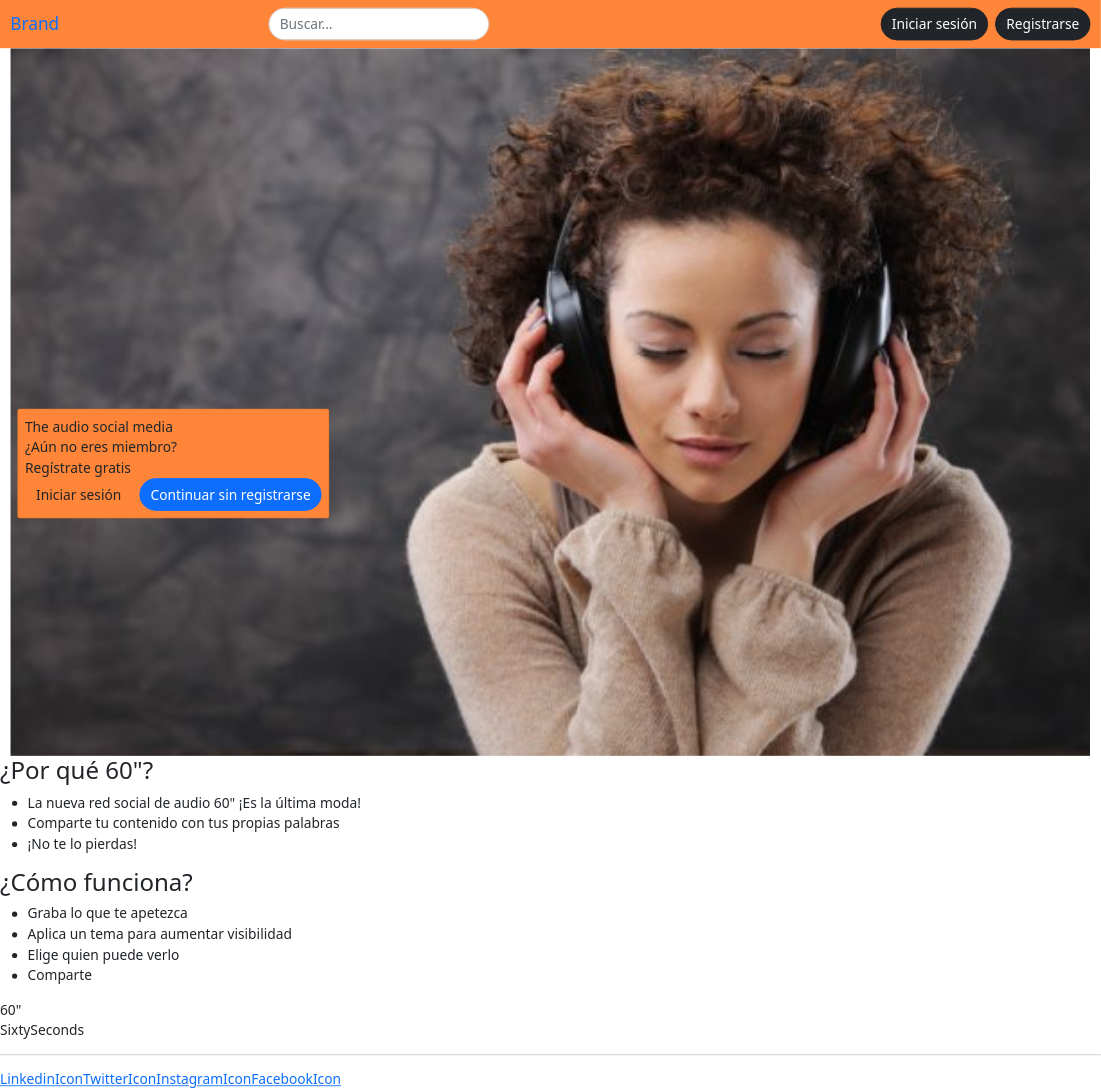
Repository: Zapulin/react-sixtySeconds-front
Page: /
An editor plug-in stored every save of this project. The page is shown before and after a run of saves, followed by the edit.
The browser window is 1280 px wide. The pictures show the whole page, at 86% of full size.
The project was rebuilt for these pictures with package versions that can differ from the ones it lists, and the page was loaded fresh each time. Also part of the build but not shown: src/Components/Login.js, src/Components/Signup.js, src/Components/Publish.js, src/Components/Activity.js, src/Components/Navbar.js, src/Components/Categories.js, src/Components/IconProfile.js, src/Components/Recorder.js and 10 more. Imported but missing from the stored project, and not drawn on this page: src/Samples/AUDIOMP3.mp3, src/Samples/AUDIOOGG.ogg.

Above is the page before, as saved 2022-04-13 15:00:02.

### src/index.js
import React from 'react';
import ReactDOM from 'react-dom';
import App from './App';
import './index.css';
import 'bootstrap/dist/css/bootstrap.min.css';

ReactDOM.render(
  <React.StrictMode>
    <App />
  </React.StrictMode>,
  document.getElementById('root')
);

### src/App.js
import { BrowserRouter, Routes, Route } from 'react-router-dom';

//Pages
import Home from './Pages/Home';
import Feed from './Pages/Feed';
import User from './Pages/Profile';
import NotFound from './Pages/NotFound';

function App() {
  return (
    <BrowserRouter>
      <Routes>
        <Route path='/' element={<Home/>} />
        <Route path='/feed' element={<Feed/>} />
        <Route path='/profile/:id' element={<User/>} />
        <Route path='*' element={<NotFound/>} />
      </Routes>
    </BrowserRouter>
  );
}

export default App;

### src/Pages/Home.js
import top_image from "../Resources/images/top_image.svg";
import "../stylesheets/NavbarHome.css";

//Components
import Footer from '../Components/Footer'
import NavbarHome from '../Components/NavbarHome'

function Home() {

  return (
    <>
    <NavbarHome/>
      <div className="container-fluid">
          <div className="position-relative">
            <img className="img-fluid" src={top_image} alt="" />
            <div className="card rounded m-2 p-2 position-absolute top-50" style={{background:'#FF8638'}}>
                 <span> The audio social media </span>
                 <span> ¿Aún no eres miembro? </span>
                 <span> Regístrate gratis </span>
                <div className="d-flex justify-content-between">
                    <button className="btn rounded-pill"> Iniciar sesión</button>
                    <button className="btn btn-primary ms-2 rounded-pill"> Continuar sin registrarse </button>
                </div>
            </div>
        </div>
      </div>
      <div>
        <div>
            <h3>¿Por qué 60"?</h3>
            <ul>
                <li><span>La nueva red social de audio 60" ¡Es la última moda!</span></li>
                <li><span>Comparte tu contenido con tus propias palabras</span></li>
                <li><span>¡No te lo pierdas!</span></li>
            </ul>
        </div>
        <div>
            <h3>¿Cómo funciona?</h3>
            <ul>
                <li><span>Graba lo que te apetezca</span></li>
                <li><span>Aplica un tema para aumentar visibilidad</span></li>
                <li><span>Elige quien puede verlo</span></li>
                <li><span>Comparte</span></li>
            </ul>
        </div>
      </div>
      <Footer/>
    </>
  );
}

export default Home;

### src/stylesheets/NavbarHome.css
.bd-placeholder-img {
    font-size: 1.125rem;
    text-anchor: middle;
    -webkit-user-select: none;
    -moz-user-select: none;
    user-select: none;
  }

  @media (min-width: 768px) {
    .bd-placeholder-img-lg {
      font-size: 3.5rem;
    }
  }

  nav {
      background-color: #FF8638;
  }

  button {
    background-color: #403D3D;
  }

### src/Components/Footer.js

function Footer() {
  return (
  	<footer>
		<div className="circle">
			<span>60"</span><br /><span>SixtySeconds</span><br /><hr />
			<a href="https://www.linkedin.com" target="_blank">LinkedinIcon{ /* TODO: add linkedIn icon */ }</a>
			<a href="https://twitter.com" target="_blank">TwitterIcon{ /* TODO: add twitter icon */ }</a>
			<a href="https://www.instagram.com" target="_blank">InstagramIcon{ /* TODO: add instagram icon */ }</a>
			<a href="https://www.facebook.com" target="_blank">FacebookIcon{ /* TODO: add facebook icon */ }</a>
		</div>
	</footer>
  );
}

export default Footer;

### src/Components/NavbarHome.js
import "../stylesheets/NavbarHome.css";

function NavbarHome() {

	return (

    <>
    <nav className="navbar navbar-expand-lg">
      <div className="container-fluid">
          {/* Logo - por ahora es un link  */}
        <a href="#" className="navbar-brand">
          Brand
        </a>
        <button
          type="button"
          className="navbar-toggler"
          data-bs-toggle="collapse"
          data-bs-target="#navbarCollapse1"
        >
          <i className="fa fa-bars"></i>
        </button>
        <div className="collapse navbar-collapse" id="navbarCollapse1">
          <div className="form my-2 my-lg-0 mx-auto">
            <input
              className="form-control mr-sm-2 rounded-pill"
              type="search"
              placeholder="Buscar..."
              aria-label="Search"
            />
          </div>
          {/* <div class="navbar-nav">
                  <a href="#" class="nav-item nav-link active">Home</a>
                  <a href="#" class="nav-item nav-link">About</a>
                  <a href="#" class="nav-item nav-link">Products</a>
              </div> */}
          {/* Buttons */}
          <div className="d-flex ms-auto gap-2">
            {/* <input type="text" class="form-control me-sm-2" placeholder="Search"/> */}
            <button type="button" className="btn btn-dark rounded-pill">
              Iniciar sesión
            </button>
            <button type="button" className="btn btn-dark rounded-pill">
              Registrarse
            </button>
          </div>
        </div>
      </div>
    </nav>

    <header className="text-white" id="navbar-color">
      <div className="row">
        {/* <ul class="nav col-12 col-lg-auto me-lg-auto mb-2 justify-content-center mb-md-0">

    <form class="col-12 col-lg-auto mb-3 mb-lg-0 me-lg-3">

    </form>
    </ul> */}
        <div className="col-5"></div>
        <div className="col-4"></div>

        <div className="col-3 d-lg-flex gap-2">
          {/* <button type="button" class="btn btn-dark rounded-pill">
                Iniciar sesión
              </button> */}

          {/* <button type="button" class="btn btn-dark rounded-pill">
                Registrarse
              </button> */}
        </div>
      </div>
    </header>
  </>
);
}

export default NavbarHome;

Loaded but not shown: public/index.html (common file); src/index.css (common file)

After the next 2 saves:
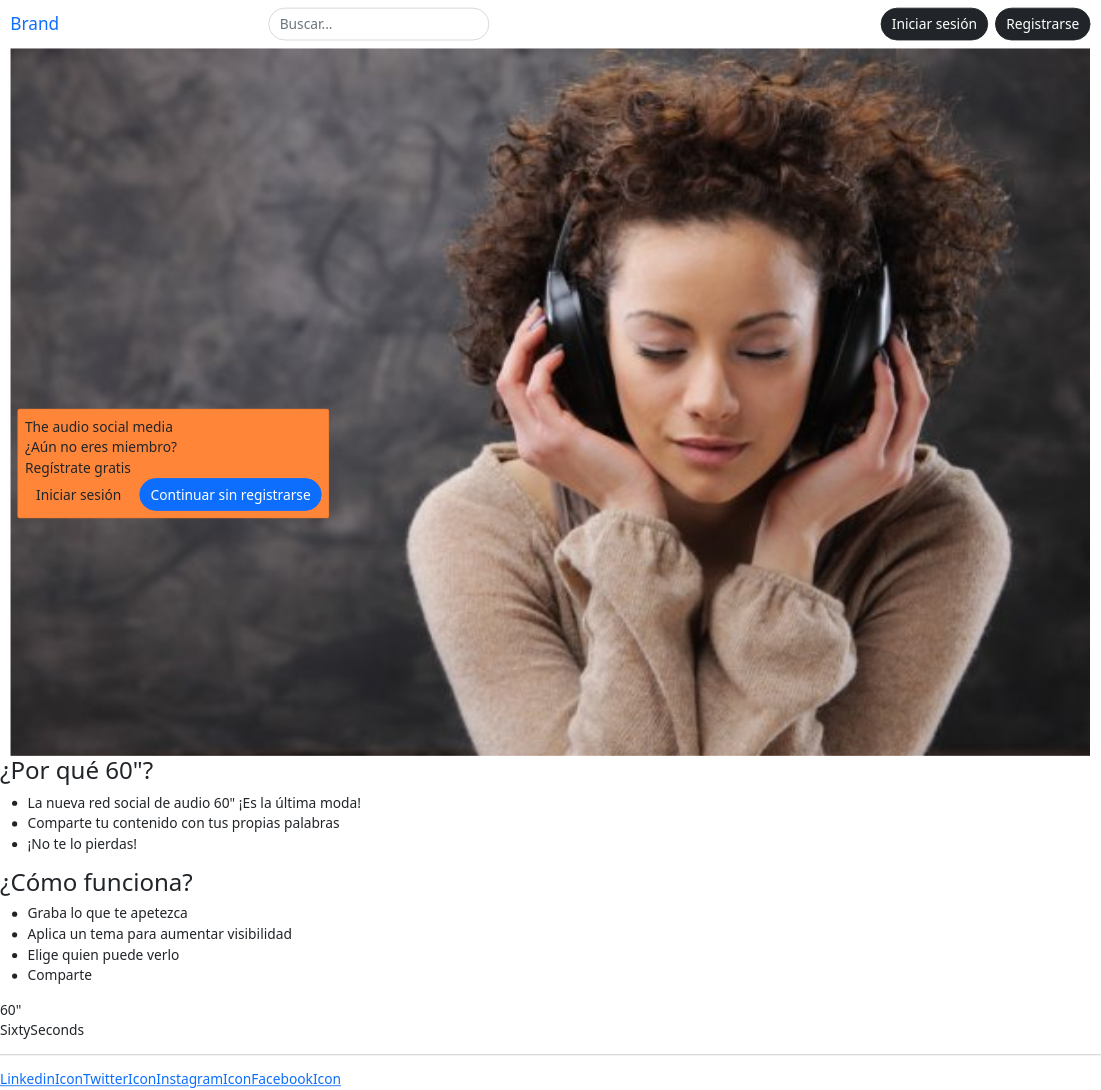
The 2 saves are shown as one change because they came seconds apart.
The last was saved 10 s later.
--- a/src/stylesheets/NavbarHome.css
+++ b/src/stylesheets/NavbarHome.css
@@ -13,7 +13,7 @@
   }
 
   nav {
-      background-color: #FF8638;
+      background-color: #white;
   }
 
   button {

After the save that followed:
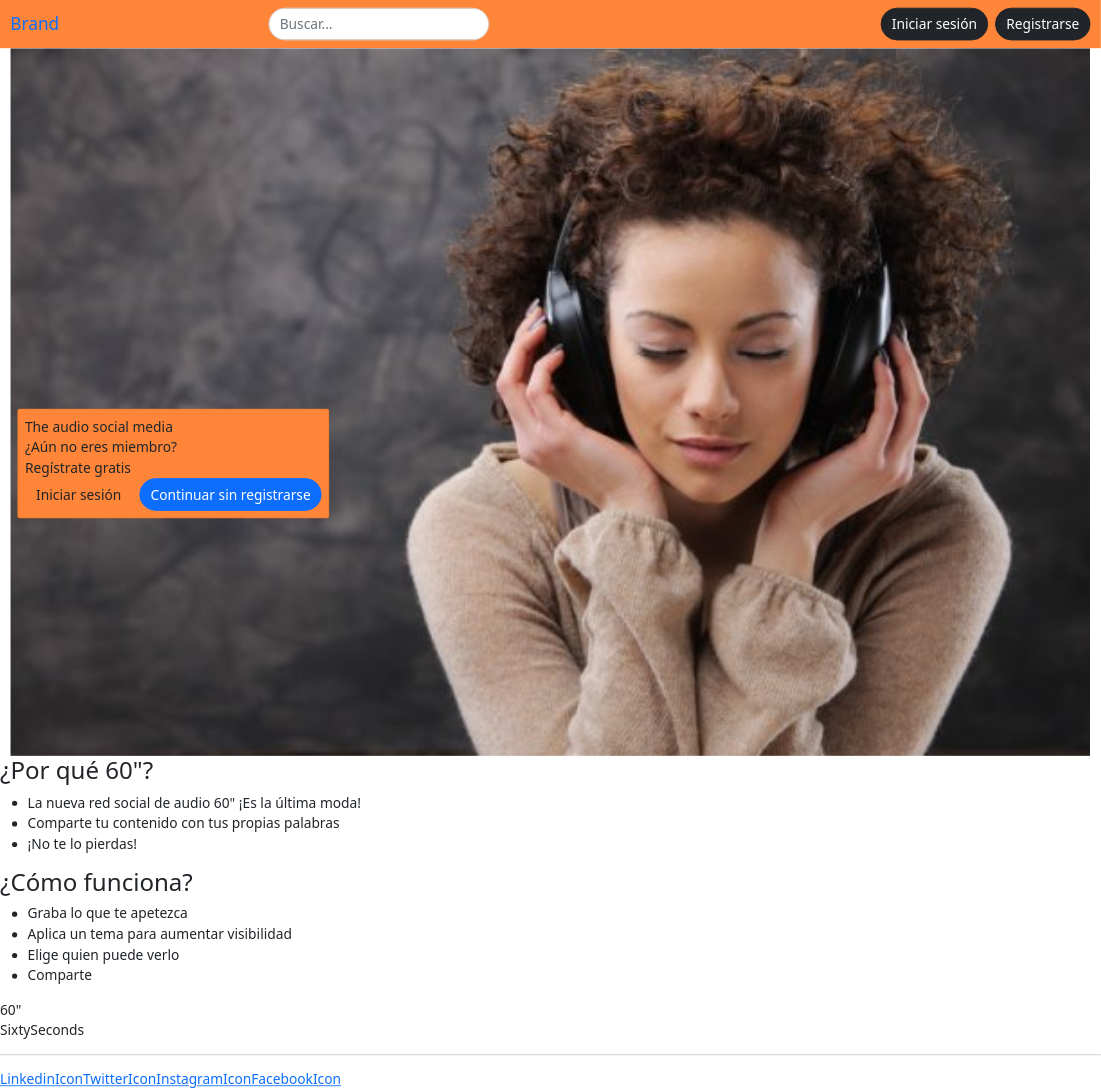
Saved 7 s later.
--- a/src/stylesheets/NavbarHome.css
+++ b/src/stylesheets/NavbarHome.css
@@ -13,7 +13,7 @@
   }
 
   nav {
-      background-color: #white;
+      background-color: #FF8638;
   }
 
   button {
